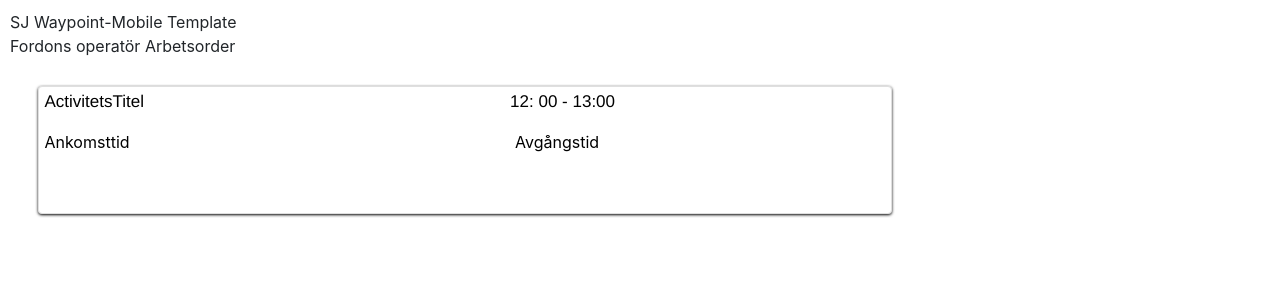
Repository: AdrianaLarsson/yarn-next-typescript
Page: /
These files come from the project's save history. The page is drawn as it stood at one moment and after a run of saves; the edit follows.
The browser window is 1280 px wide. The pictures show the whole page.
The project was rebuilt for these pictures with package versions that can differ from the ones it lists, and the page was loaded fresh each time. The framework's server and built-in components were replaced by stand-ins that run in the browser.

Above is the page before, as saved 2021-03-01 08:08:05.

### pages/_app.tsx
// Functionality
import type { AppProps } from 'next/app';
import Head from 'next/head';

// Styling
import 'bootstrap/dist/css/bootstrap.min.css';
import GlobalStyle from '../styles/Globals';
import { sjTheme } from '../styles/Theme';
import { ThemeProvider } from 'styled-components';

// Utils
import GlobalContext from '../components/particles/GlobalContext';

function MyApp({ Component, pageProps }: AppProps): JSX.Element {
  return (
    <>
      <Head>
        <title>SJ Template uhdiuasuasuash</title>
        <meta
          name="viewport"
          content="initial-scale=1.0, width=device-width"
          key="viewport"
        />
        <link rel="favicon" href="/favicon.ico" />
      </Head>
      <GlobalStyle />
      <ThemeProvider theme={sjTheme}>
        <GlobalContext.Provider value={'Context test value'}>
          <Component {...pageProps} />
        </GlobalContext.Provider>
      </ThemeProvider>
    </>
  );
}

export default MyApp;

### pages/index.tsx
// Functionality
import { GetServerSideProps, GetServerSidePropsContext } from 'next';
import VehicleOpreator from '../components/WorkOrderVehicleOperator/vehicleopreator';
import GlobalStyle from '../styles/Globals'
interface serverSideProps {
  dummyPropsValue: string;
}

const Index = (props: serverSideProps): JSX.Element => {
  return (
    <div>
      <main>
        <div>SJ Waypoint-Mobile Template</div>
        <VehicleOpreator/>
        <div>
        </div>
      </main>
    </div>
  );
};

export const getServerSideProps: GetServerSideProps = async (
  context: GetServerSidePropsContext
) => {
  return {
    props: {
      dummyPropsValue: context.resolvedUrl
    }
  };
};

export default Index;

### styles/Globals.ts
import { createGlobalStyle } from 'styled-components';

export default createGlobalStyle`
    body,
    container {
      padding: 10px;
      display: center;
      flex-direction: column;
      align-items: center;
    },
    html {
        padding: 0;
        margin: 0;
        font-family: "-apple-system", "BlinkMacSystemFont", "Segoe UI", "Roboto",
            "Oxygen", "Ubuntu", "Cantarell", "Fira Sans", "Droid Sans", "Helvetica Neue",
            "sans-serif";
        height: 1px;
        margin: auto;
    }
    a {
        color: inherit;
        text-decoration: none;
    }
    * {
        -webkit-box-sizing: border-box;
        box-sizing: border-box;
    }
`;

### styles/Theme.ts
import { DefaultTheme } from 'styled-components';

const sjTheme: DefaultTheme = {
  colors: {
    main: 'black',
    secondary: 'gray'
  }
};

export { sjTheme };

### components/particles/GlobalContext.tsx
import { createContext } from 'react';

const GlobalContext = createContext(null);

export default GlobalContext;

### components/WorkOrderVehicleOperator/vehicleopreator.tsx
import React from "react";
import styled from "styled-components";
import { B4,H2 } from "../../styles/Typography/texStyles";
import StyledCard from "../organisms/Card/Card";

export const GridTitle = styled.div`
  display: grid;
  grid-template-columns: repeat(2, 1fr);
  grid-gap: 90px;

`;
export const GridBody = styled.div`
  display: grid;
  grid-template-columns: repeat(2, 1fr);
  grid-template-rows: 30px 5px;
  grid-gap: 100px;
`;

function vehicleOpreator() {
  return (
    <div>
      Fordons operatör Arbetsorder
      <StyledCard>
        <GridTitle>
          <B4>ActivitetsTitel</B4>
          <B4 style={{ fontSize: "17px" }}>12: 00 - 13:00</B4>
        </GridTitle>

       {  <GridBody>
        <H2>Ankomsttid</H2>
        <H2>Avgångstid</H2>
        </GridBody> }
      </StyledCard>


    </div>
  );
}

export default vehicleOpreator;

### styles/Typography/texStyles.tsx
import styled,{ css} from 'styled-components'

const baseStyle = css`
  font-family: sj_sans, Helvetica, Arial, sans-serif;
  font-style: normal;
  font-stretch: normal;
  line-height: normal;
  letter-spacing: normal;
  font-weight: normal;
  text-align: left;
  opacity: ${props => (1)};
`;

 export const B4 = styled.h4`
  ${baseStyle}
  color: black;
  font-size: 17px;
`;
export const H2 = styled.span`
  color: black;
  margin-top: 10px;
  font-size: 16px;
`;

### components/organisms/Card/Card.tsx
//Components
import Card from 'react-bootstrap/Card';
//Packages
import styled from 'styled-components/'
import px2vw from '../../../styles/px2vw';

const StyledCard = styled(Card)`
display: flex;
width: ${px2vw(280, 315)};
height: 8em;
margin: ${px2vw(32)};
padding-left: 5px;
padding: 5px;
background-color: rgba(0,0,0,0.0);
box-shadow: 0 1px 3px 0 rgba(0,0,0, 1.5);
border-radius: 4px;
@media (min-width: 1024px) {
    width: ${px2vw(100, 150)};
  }
`;
export default StyledCard;

Loaded but not shown: styles/px2vw.tsx (common file)

After the next 5 saves:
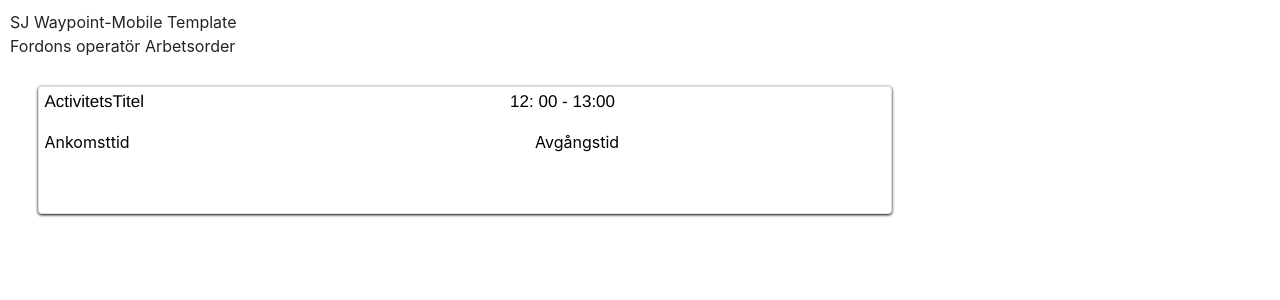
The 5 saves are shown as one change because they came seconds apart.
The last was saved 14 s later.
--- a/components/WorkOrderVehicleOperator/vehicleopreator.tsx
+++ b/components/WorkOrderVehicleOperator/vehicleopreator.tsx
@@ -13,7 +13,7 @@ export const GridBody = styled.div`
   display: grid;
   grid-template-columns: repeat(2, 1fr);
   grid-template-rows: 30px 5px;
-  grid-gap: 100px;
+  grid-gap: 140px;
 `;
 
 function vehicleOpreator() {
